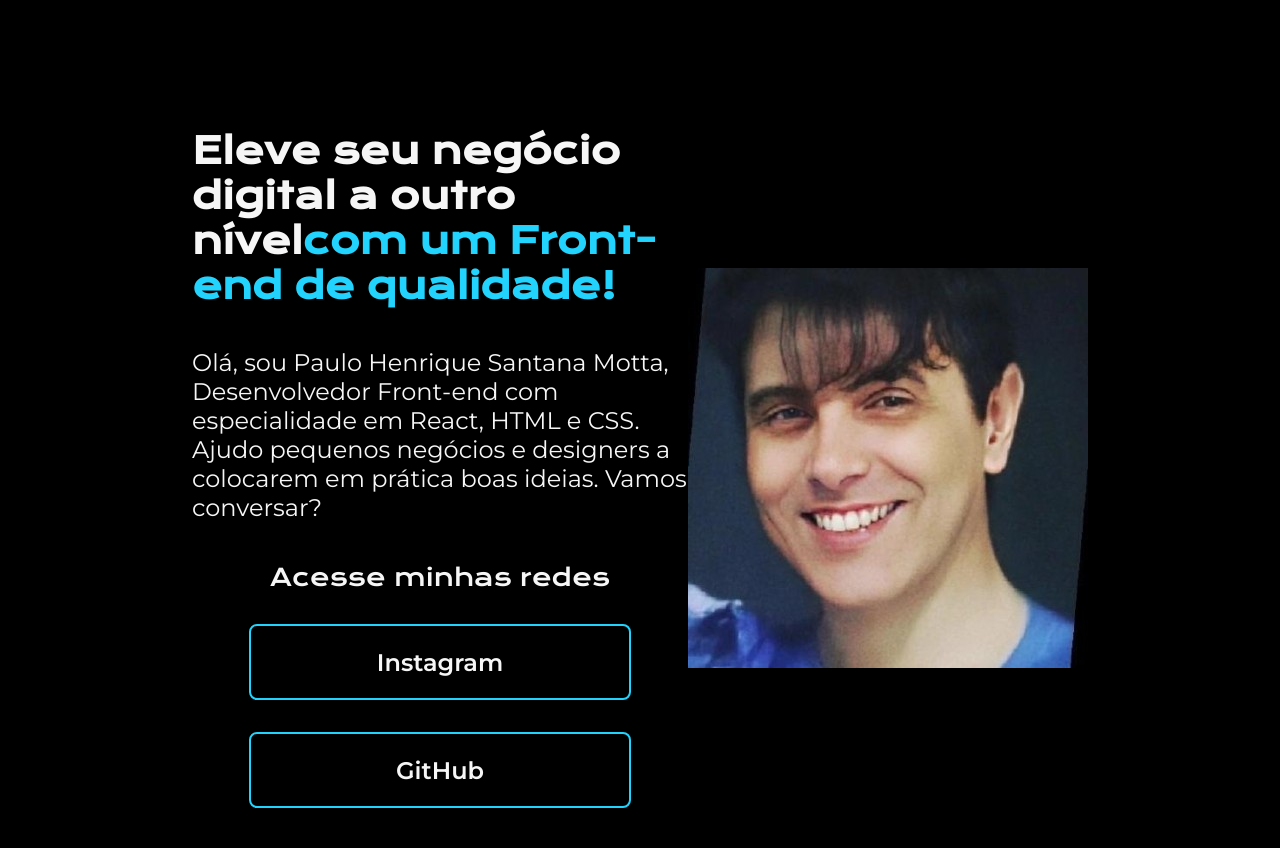
Repository: phsmottanerd/projeto-portfolio-alura
Page: index.html
The author's editor kept a copy of each file at every save. The page is drawn from the files as they stood at one save, then again after the next save.
The browser window is 1280 px wide. The pictures show the whole page.

Above is the page before, as saved 2025-01-25 03:23:03.

After the next save:
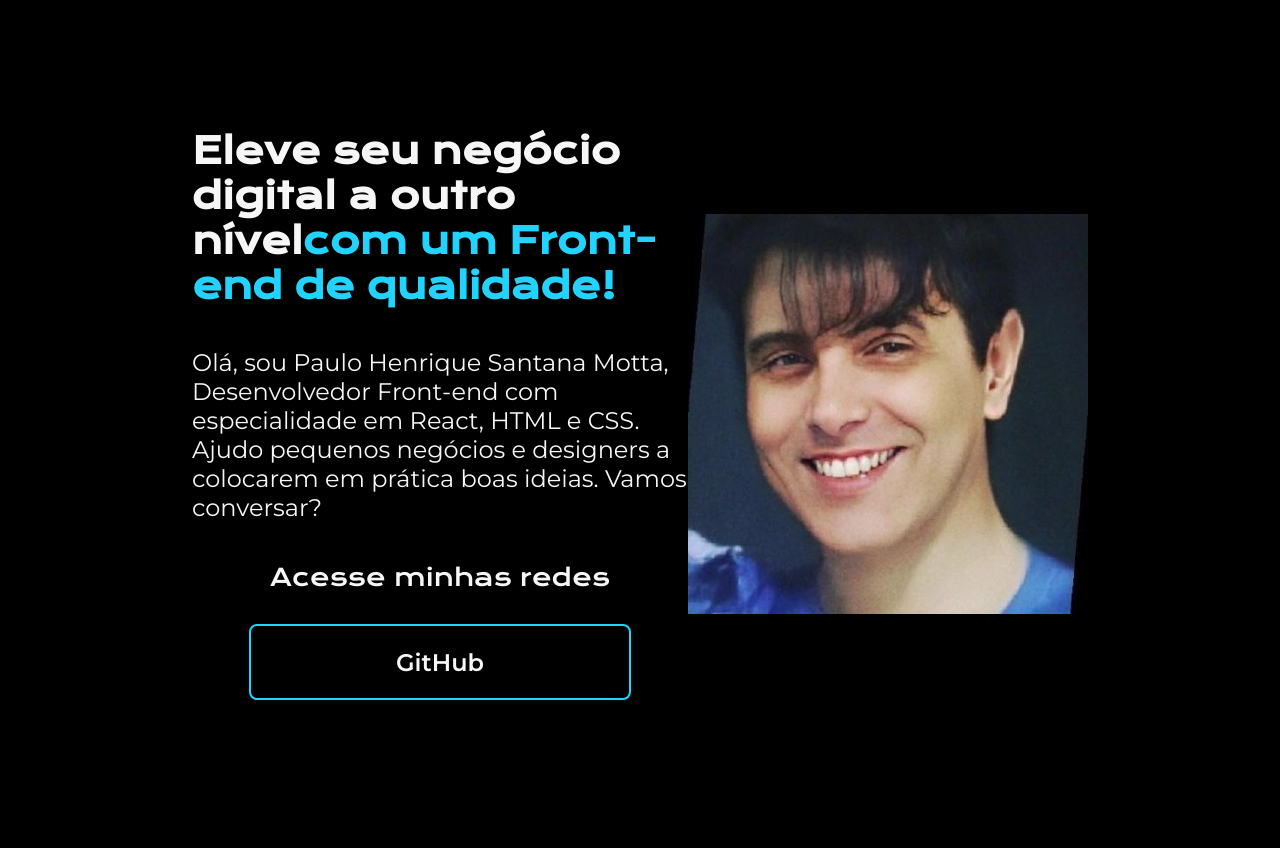
Saved 88 s later.
--- a/index.html
+++ b/index.html
@@ -21,8 +21,8 @@
               designers a colocarem em prática boas ideias. Vamos conversar?</p>
             <div class="apresentacao__links">
                 <h2 class="apresentacao__links__subtitulo">Acesse minhas redes</h2>
-                <a class="apresentacao__links__link" href="https://instagram.com/rafaballerini">Instagram</a>
-                <a class="apresentacao__links__link" href="https://github.com/guilhermeonrails">GitHub</a>
+                <a class="apresentacao__links__link" href="https://instagram.com/rafaballerini">GitHub</a>
+
             </div>
         </section>
         <img src="./img/1722867171561.jpg" alt="Foto da Joana Santos programando">
